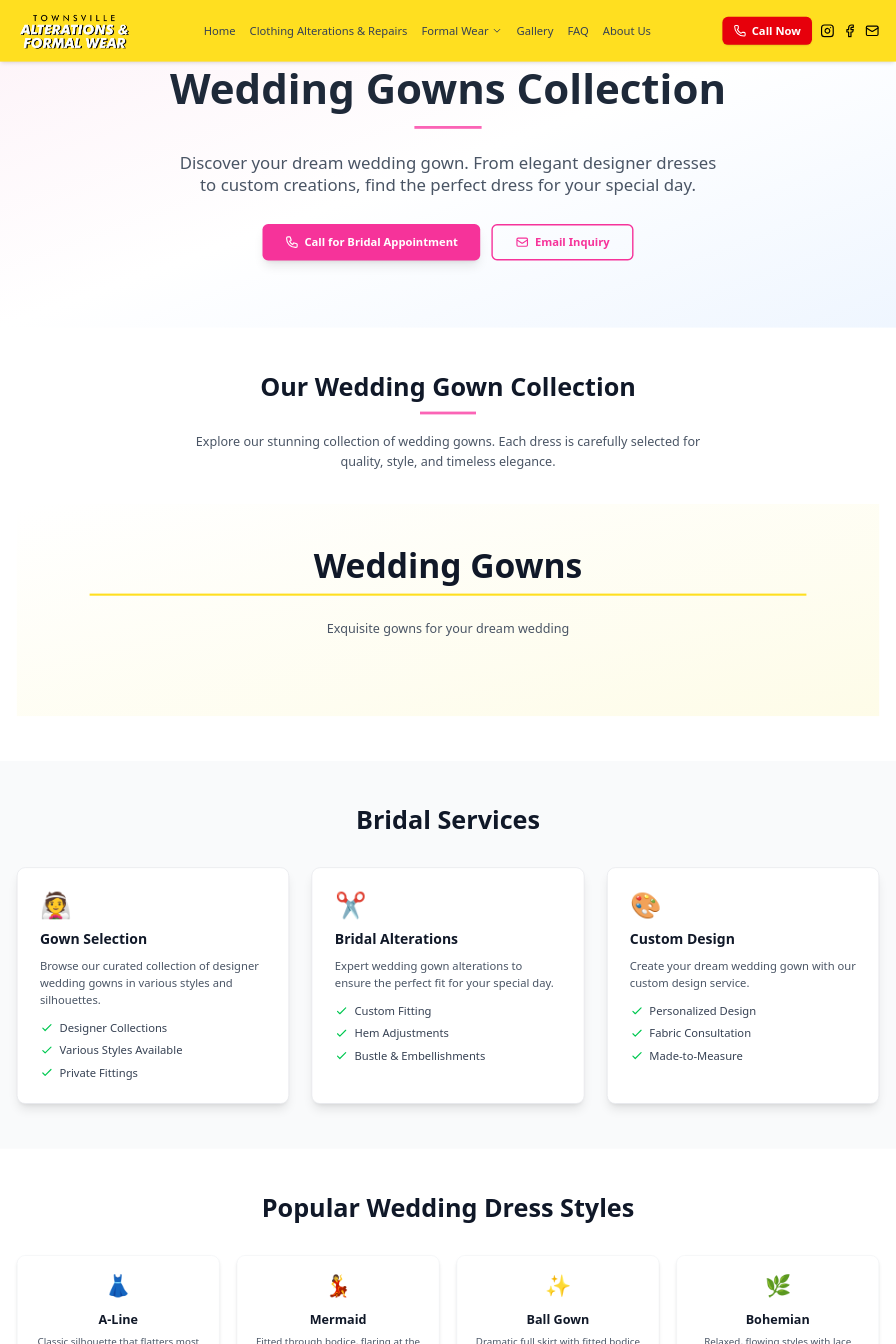
Repository: tarekhasan1/townsville-alteration
Page: /wedding-gowns
An editor plug-in stored every save of this project. The page is shown before and after the next save, followed by the edit.
The browser window is 1280 px wide. The pictures show the part of the page from y = 0 to 1920 px (the page is 3589 px tall before and 3689 px after), at 70% of full size.
The page's requests for data from a server got no answer. The project was rebuilt for these pictures with package versions that can differ from the ones it lists, and the page was loaded fresh each time. The framework's server and built-in components were replaced by stand-ins that run in the browser. No one was signed in, and anything a server would have sent is missing. Also part of the build but not shown: next.config.ts.

Above is the page before, as saved 2026-01-21 05:58:53.

After the next save:
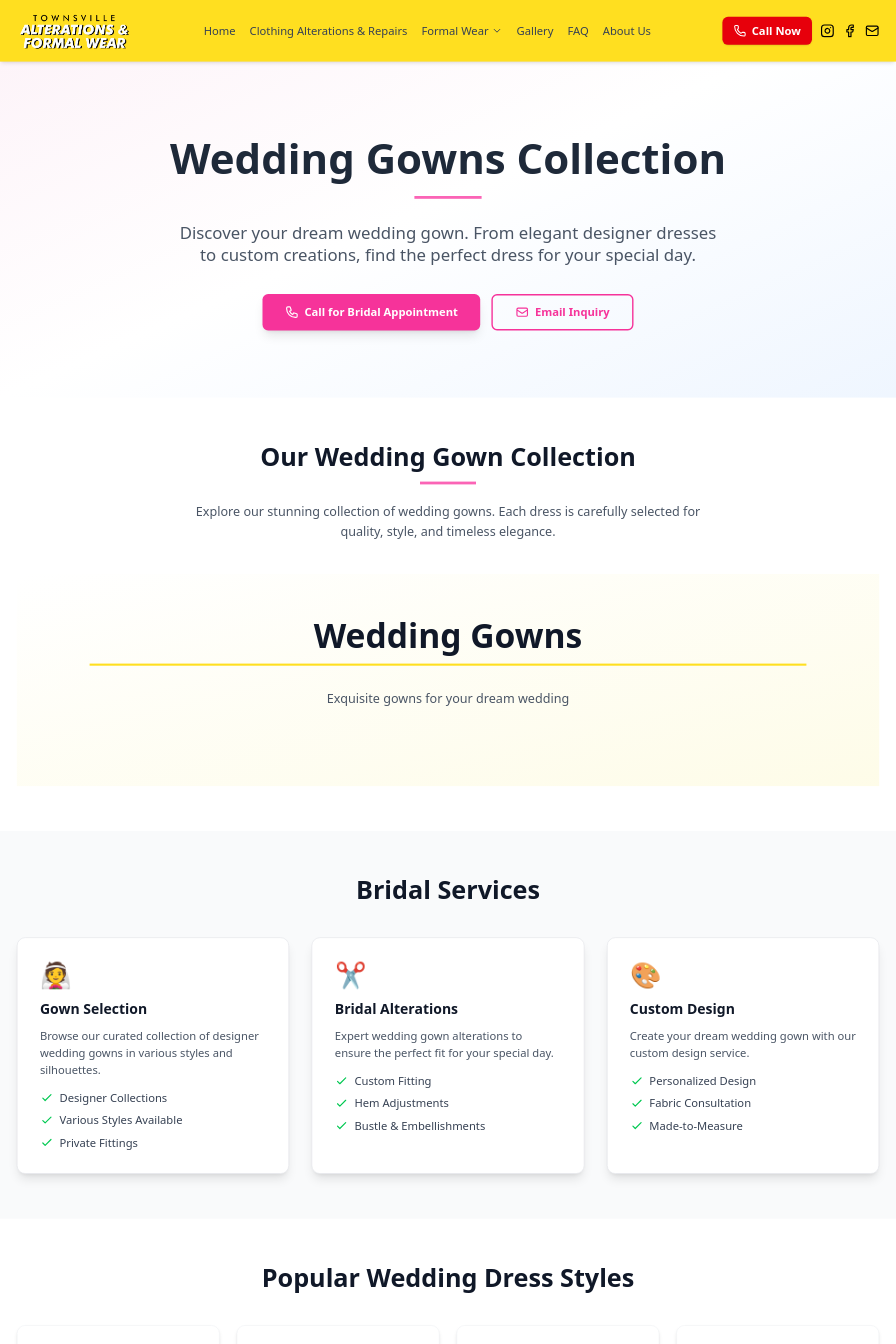
Saved 8 s later.
--- a/src/app/wedding-gowns/page.tsx
+++ b/src/app/wedding-gowns/page.tsx
@@ -33,7 +33,7 @@
     <main>
       {/* Hero Section */}
       <section className="relative bg-gradient-to-br from-pink-50 via-white to-blue-50 text-gray-800 py-16 md:py-24 px-6">
-        <div className="max-w-7xl mx-auto text-center">
+        <div className="max-w-7xl mx-auto text-center pt-[100px]">
           <h1 className="text-4xl md:text-5xl lg:text-6xl font-bold mb-6">
             Wedding Gowns Collection
           </h1>

After the save that followed:
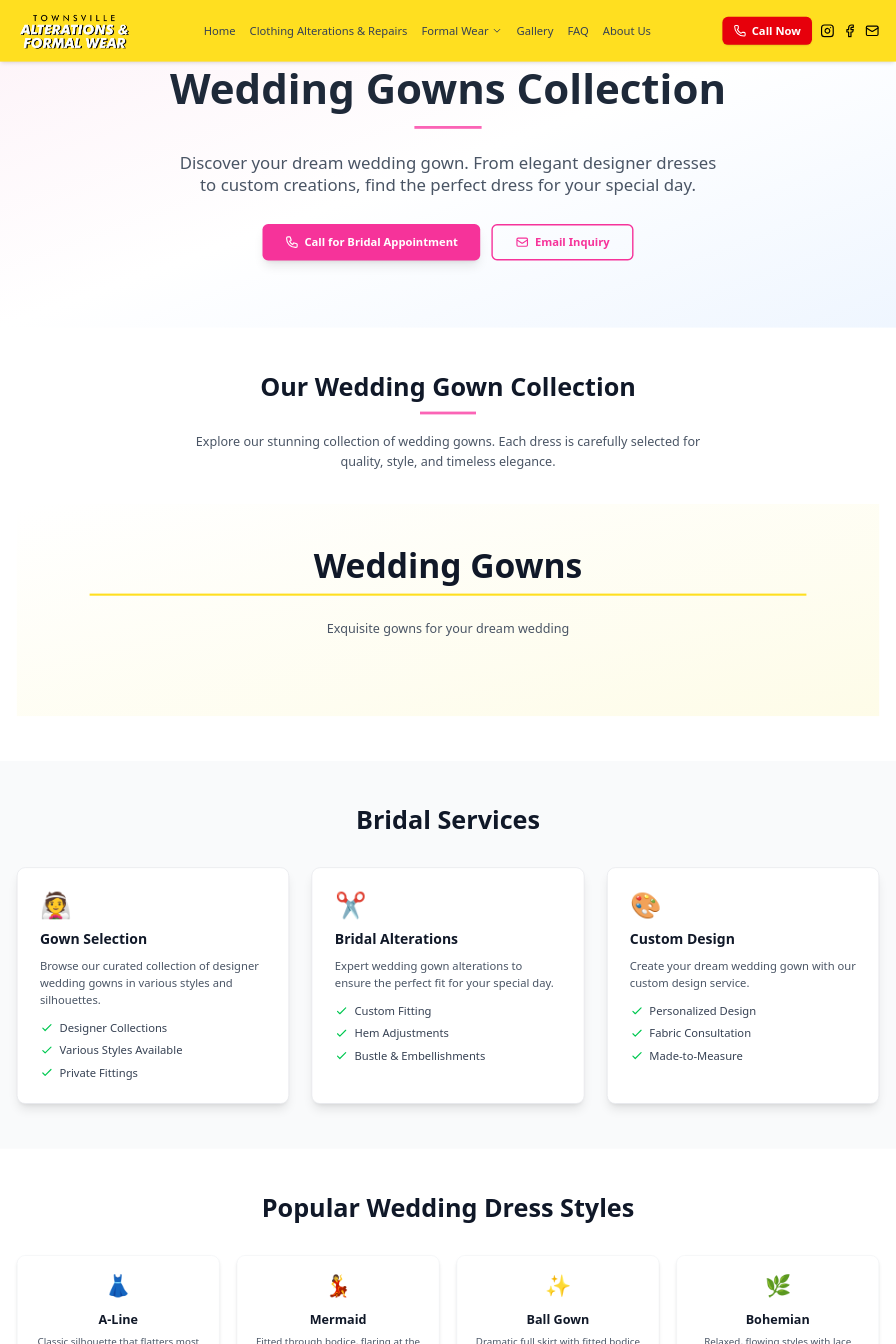
Saved 13 s later.
--- a/src/app/wedding-gowns/page.tsx
+++ b/src/app/wedding-gowns/page.tsx
@@ -33,7 +33,7 @@
     <main>
       {/* Hero Section */}
       <section className="relative bg-gradient-to-br from-pink-50 via-white to-blue-50 text-gray-800 py-16 md:py-24 px-6">
-        <div className="max-w-7xl mx-auto text-center pt-[100px]">
+        <div className="max-w-7xl mx-auto text-center mtt-[100px]">
           <h1 className="text-4xl md:text-5xl lg:text-6xl font-bold mb-6">
             Wedding Gowns Collection
           </h1>
